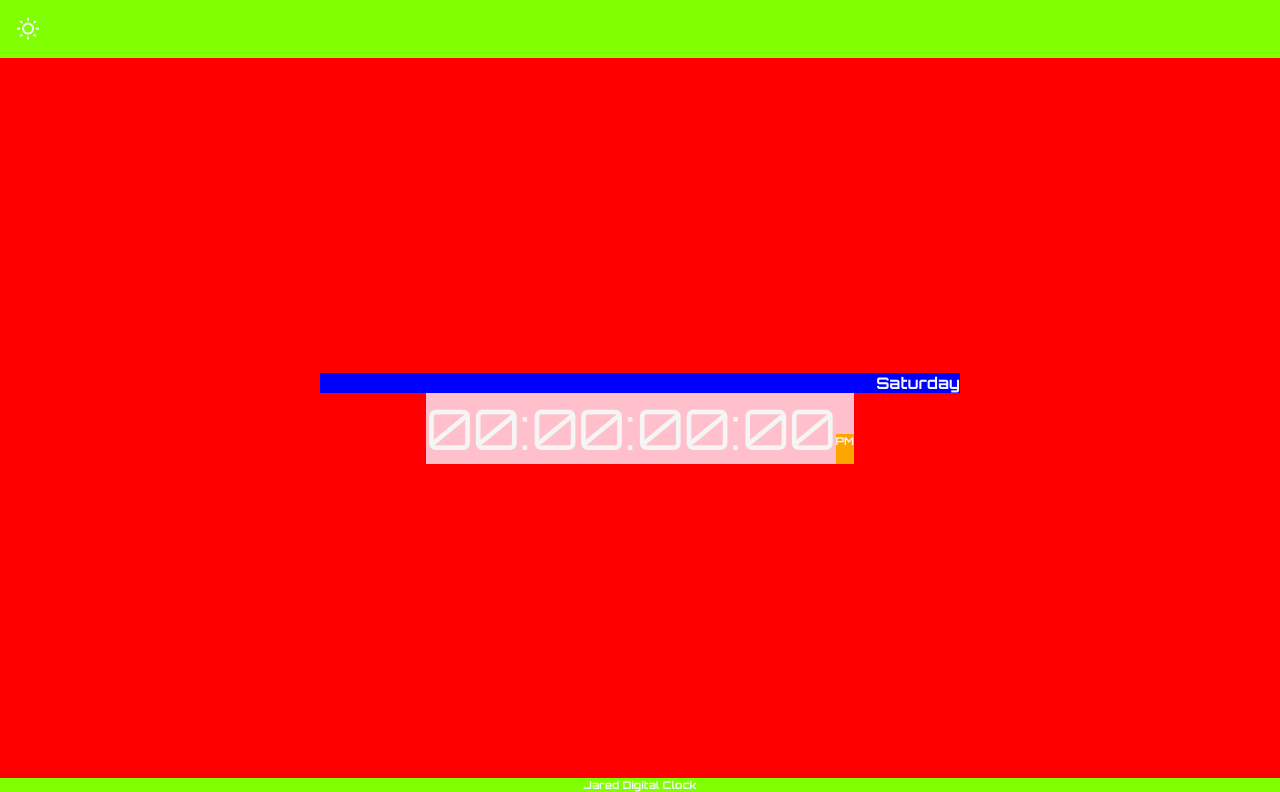
Repository: EguJaredoBoyd/Jared-Digital-Clock
Page: index.html
These files come from the project's save history. The page is drawn as it stood at one moment and after the next save; the edit follows.
The browser window is 1280 px wide. The pictures show the whole page.
Some web libraries are served in a nearby version.

Above is the page before, as saved 2026-01-04 21:29:33.

### index.html
<!DOCTYPE html>
<html lang="en">
  <head>
    <meta charset="UTF-8" />
    <meta name="viewport" content="width=device-width, initial-scale=1.0" />
    <link rel="stylesheet" href="./css/styles.css" />
    <link
      href="https://cdn.jsdelivr.net/npm/remixicon@4.8.0/fonts/remixicon.css"
      rel="stylesheet"
    />
    <link rel="preconnect" href="https://fonts.googleapis.com" />
    <link rel="preconnect" href="https://fonts.gstatic.com" crossorigin />
    <link
      href="https://fonts.googleapis.com/css2?family=Orbitron:wght@400..900&display=swap"
      rel="stylesheet"
    />
    <title>Document</title>
  </head>
  <body>
    <div class="digital-clock">
      <header>
        <button><i class="ri-sun-line"></i></button>
      </header>

      <main>
        <div class="watch-container">
          <div class="watch-container__day">
            <h4>Saturday</h4>
          </div>
          <div class="watch-container__time">
            <p>00:00:00:00</p>
            <h6>PM</h6>
          </div>
        </div>
      </main>

      <footer>
        <h6>Jared Digital Clock</h6>
      </footer>
    </div>
  </body>
</html>

### css/styles.css
* {
  margin: 0;
  padding: 0;
}

:root {
  --primary-color: black;
  --text-color: whitesmoke;

  --light-mode: whitesmoke;
  --light-text: black;
}

html {
  font-size: 16px;
  background-color: var(--primary-color);
}

.light-mode {
  background-color: var(--light-mode);
  color: var(--light-text);
}

body {
  color: var(--text-color);
  background-color: var(--primary-color);
  font-family: "Orbitron", sans-serif;
  width: 100%;
}

header {
  padding: 1rem;
}

header button {
  background: none;
  border: none;
}

header button i {
  font-size: 1.5rem;
  color: whitesmoke;
}

.digital-clock {
  background-color: chartreuse;
  height: 100%;
  width: 100%;
  display: flex;
  flex-direction: column;
  align-content: space-between;
  max-width: 100%;
}

.watch-container {
  background-color: red;
  display: flex;
  flex-direction: column;
  justify-content: center;
  align-items: center;
  height: 100vh;
  width: 100%;
  max-width: 100%;
}

.watch-container__day {
  background-color: blue;
  width: 50vw;
  display: flex;
  justify-content: end;
}

.watch-container__time {
  background-color: pink;
  display: flex;
  max-width: 100%;
}

.watch-container__time p {
  font-size: 3.5rem;
}

.watch-container__time h6 {
  background-color: orange;
  align-self: self-end;
  padding-bottom: 1rem;
}

footer h6 {
  text-align: center;
}

After the next save:
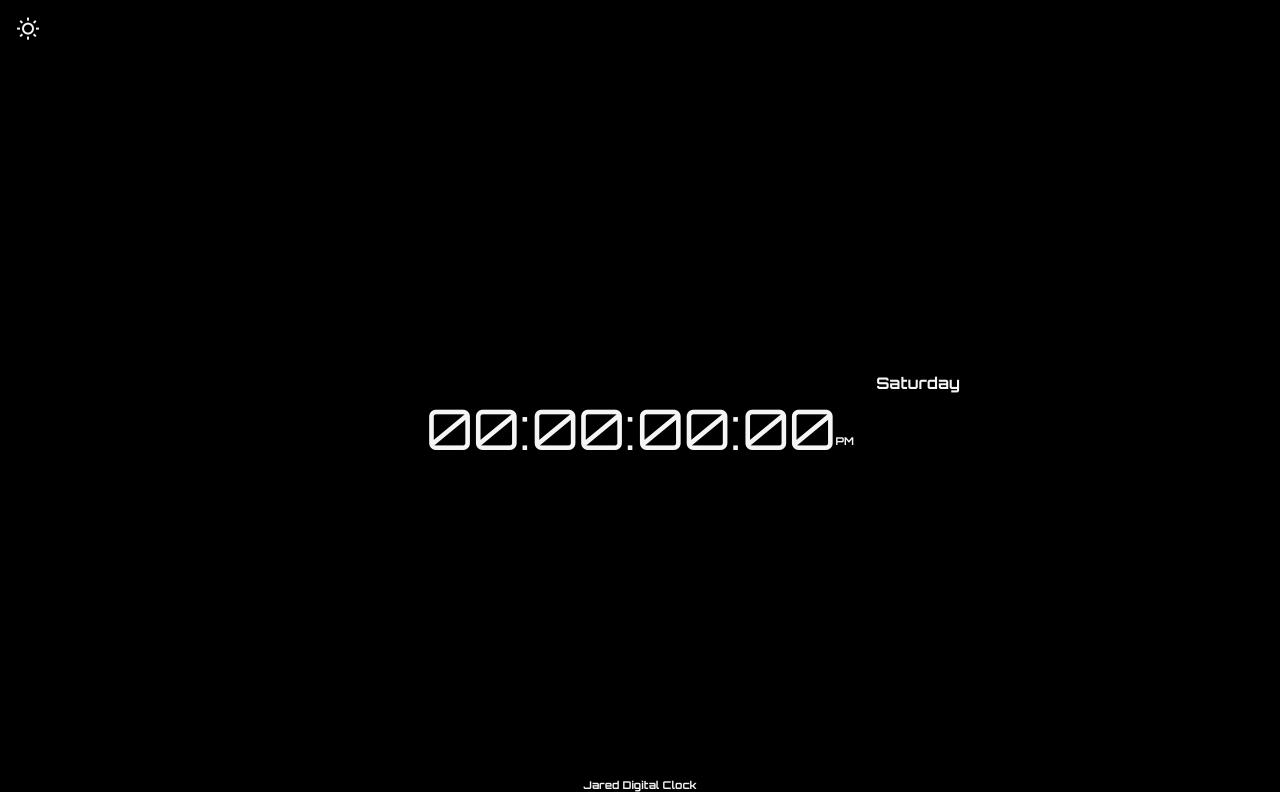
Saved 32 s later.
--- a/css/styles.css
+++ b/css/styles.css
@@ -43,7 +43,6 @@
 }
 
 .digital-clock {
-  background-color: chartreuse;
   height: 100%;
   width: 100%;
   display: flex;
@@ -53,7 +52,6 @@
 }
 
 .watch-container {
-  background-color: red;
   display: flex;
   flex-direction: column;
   justify-content: center;
@@ -64,14 +62,12 @@
 }
 
 .watch-container__day {
-  background-color: blue;
   width: 50vw;
   display: flex;
   justify-content: end;
 }
 
 .watch-container__time {
-  background-color: pink;
   display: flex;
   max-width: 100%;
 }
@@ -81,7 +77,6 @@
 }
 
 .watch-container__time h6 {
-  background-color: orange;
   align-self: self-end;
   padding-bottom: 1rem;
 }
